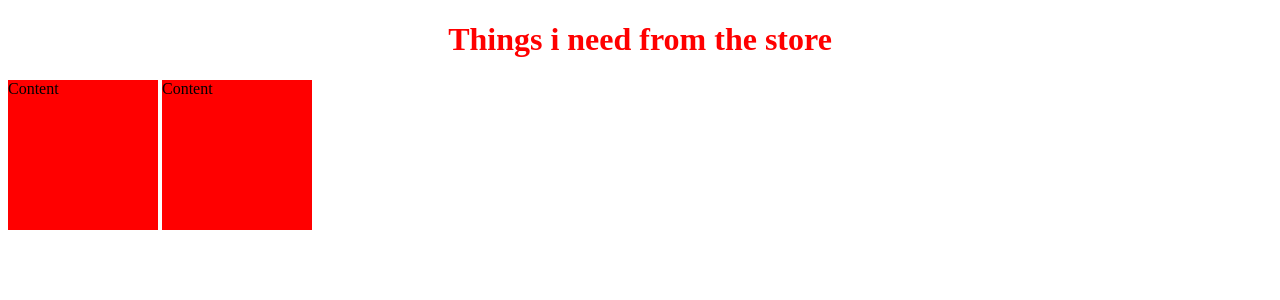
Repository: TheTroyPhillips/Block14
Page: Coursework/Block06/index.html
An editor plug-in stored every save of this project. The page is shown before and after a run of saves, followed by the edit.
The browser window is 1280 px wide. The pictures show the whole page.

Above is the page before, as saved 2023-08-29 17:17:42.

### Coursework/Block06/index.html
<!DOCTYPE html>
<html lang="en">
<head>
    <meta charset="UTF-8">
    <meta name="viewport" content="width=device-width, initial-scale=1.0">
    <title>Troy's Grocery List</title>
    <link rel="stylesheet" href="styles.css">
</head>
<body>
    <h1> Things i need from the store</h1>
    <div class="Box Red"> Content </div>
    <div class="Box Red"> Content </div>


</body>
</html>

### Coursework/Block06/styles.css
h1 {
    color: red;
    text-align: center;
}
.Box{
    width: 150px;
    height:150px;
    color: black;
    display: inline-block;
    mar
}
.Red{
    background-color: red;
}

After the next 4 saves:
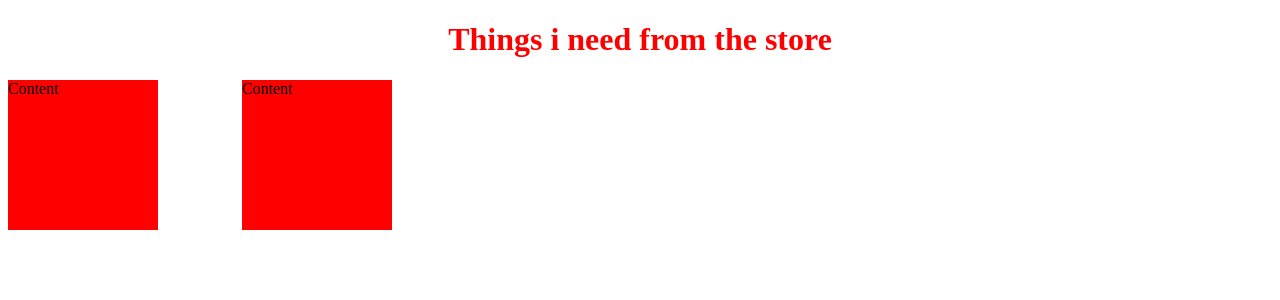
The 4 saves are shown as one change because they came seconds apart.
The last was saved 14 s later.
--- a/Coursework/Block06/styles.css
+++ b/Coursework/Block06/styles.css
@@ -7,7 +7,7 @@ h1 {
     height:150px;
     color: black;
     display: inline-block;
-    mar
+    margin-right: 80px
 }
 .Red{
     background-color: red;
